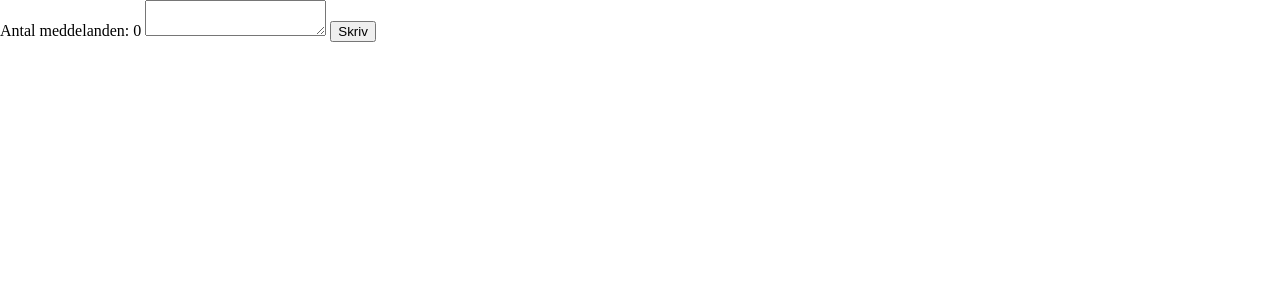
Repository: dv222bk/1dv403-laborationer
Page: 2-labbymezzage/messageboard.html
The author's editor kept a record of every edit. The page is drawn from the files as they stood at one moment, then again after the next edit.
The browser window is 1280 px wide. The pictures show the whole page.

Above is the page before.

After the next edit:
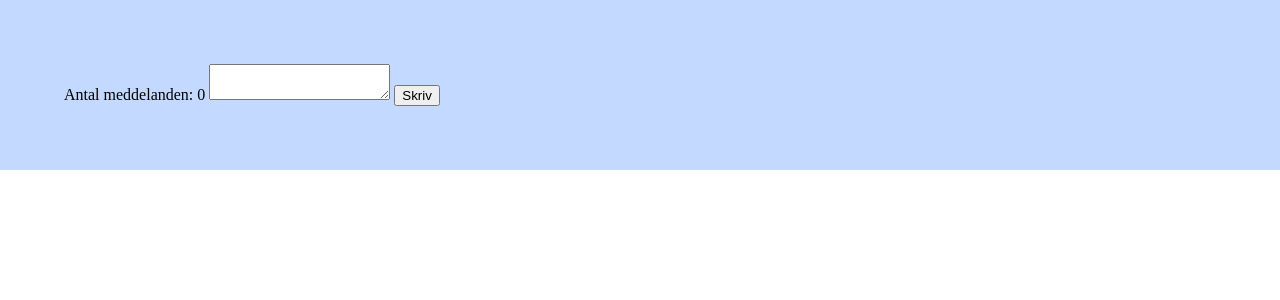
The edit:
--- a/2-labbymezzage/css/messageboardstyle.css
+++ b/2-labbymezzage/css/messageboardstyle.css
@@ -52,7 +52,7 @@
 
 /*     START OF CSS CHANGES     */
 
-#LabbyMezzage {
+.LabbyMezzage {
     display: block;
     width: 90%;
     padding: 5%;
